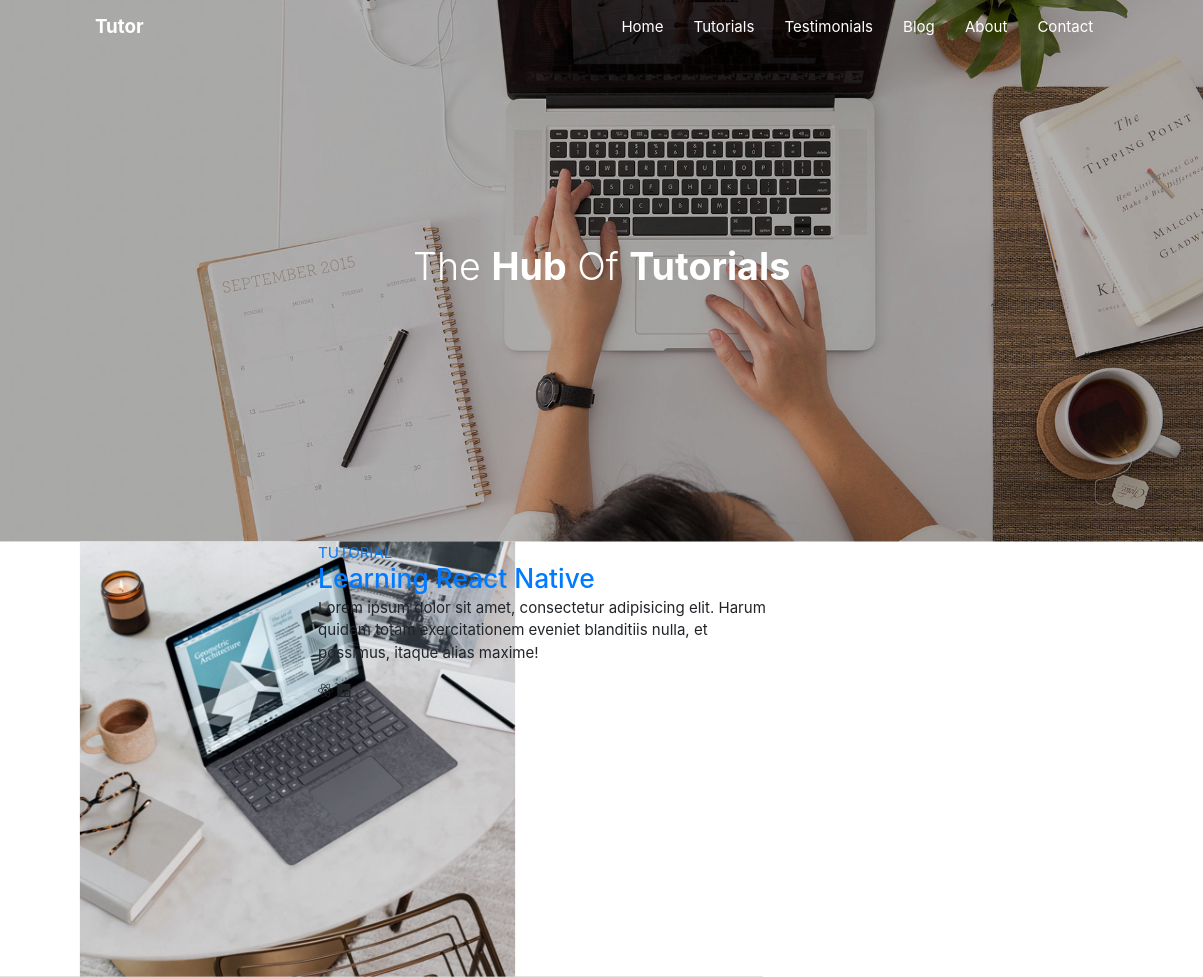
Repository: longvh2003/Tutor
Page: Views/home.html
These files come from the project's save history. The page is drawn as it stood at one moment and after the next save; the edit follows.
The browser window is 1280 px wide. The pictures show the whole page, at 94% of full size.
Some web libraries are served in a nearby version.

Above is the page before, as saved 2020-08-12 16:33:09.

After the next save:
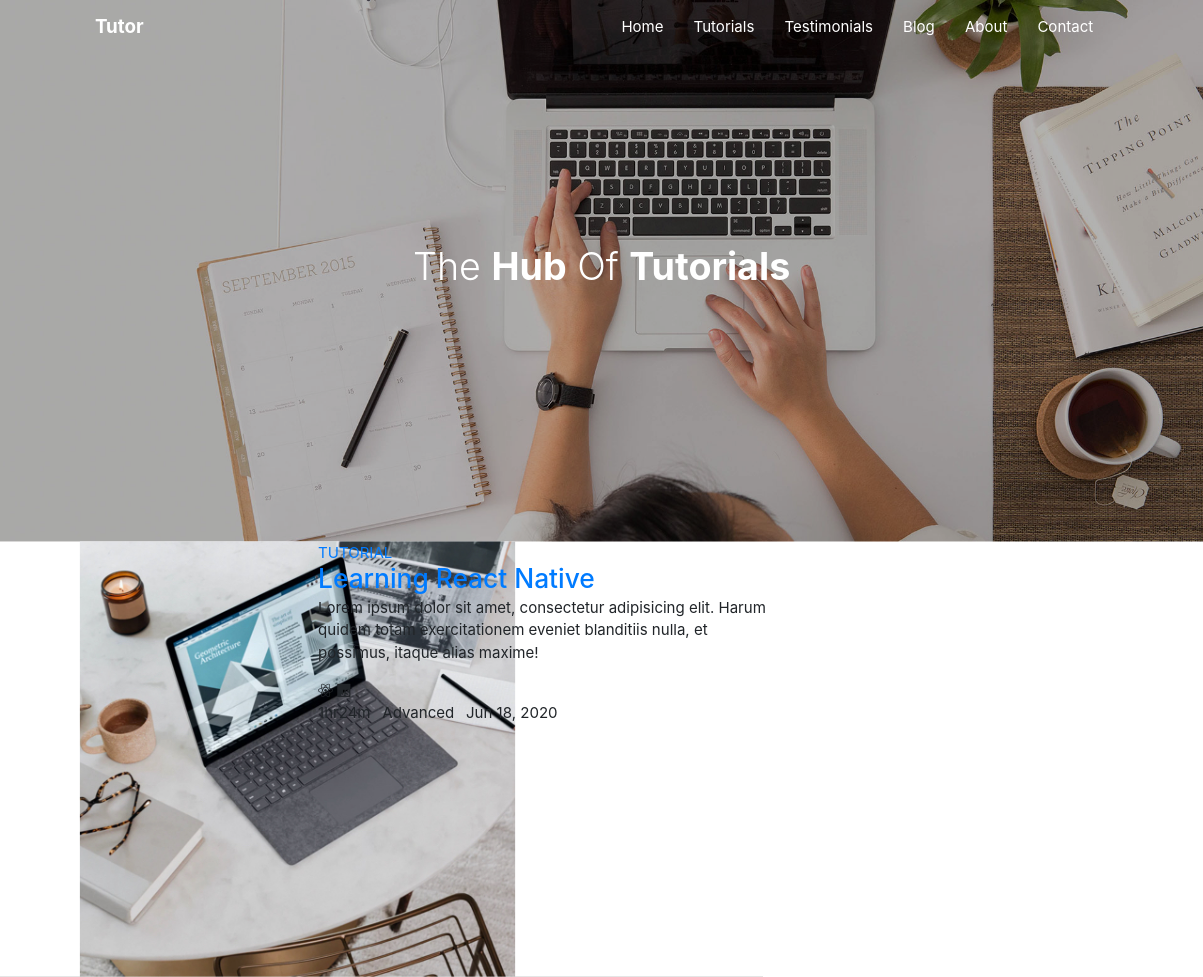
Saved 107 s later.
--- a/Views/home.html
+++ b/Views/home.html
@@ -59,6 +59,11 @@
                             <span><i class="fab fa-react"></i></span>
                             <span><i class="fab fa-js"></i></span>
                         </div>
+                        <p>
+                            <span class="mr-2">1hr24m</span>
+                            <span class="mr-2">Advanced</span>
+                            <span class="mr-2">Jun 18, 2020</span>
+                        </p>
                     </div>
                 </div>
             </div>
